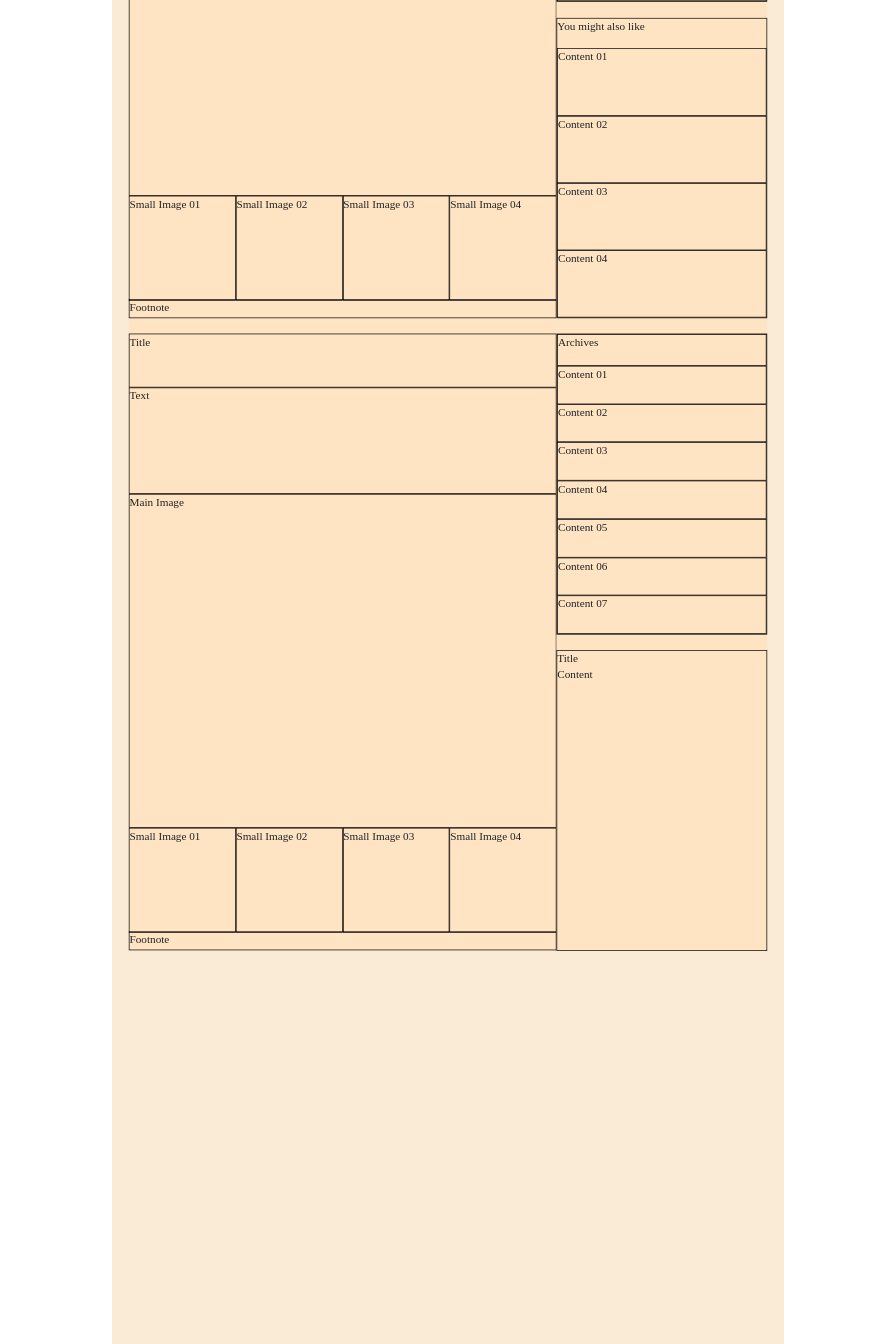
Repository: giovanabirck/cover-magazine-giovanabirck
Page: index.html
An editor plug-in stored every save of this project. The page is shown before and after a run of saves, followed by the edit.
The browser window is 1280 px wide. The pictures show the part of the page from y = 891 to 2811 px (the page is 5000 px tall), at 70% of full size.

Above is the page before, as saved 2023-01-14 12:42:03.

After the next 3 saves:
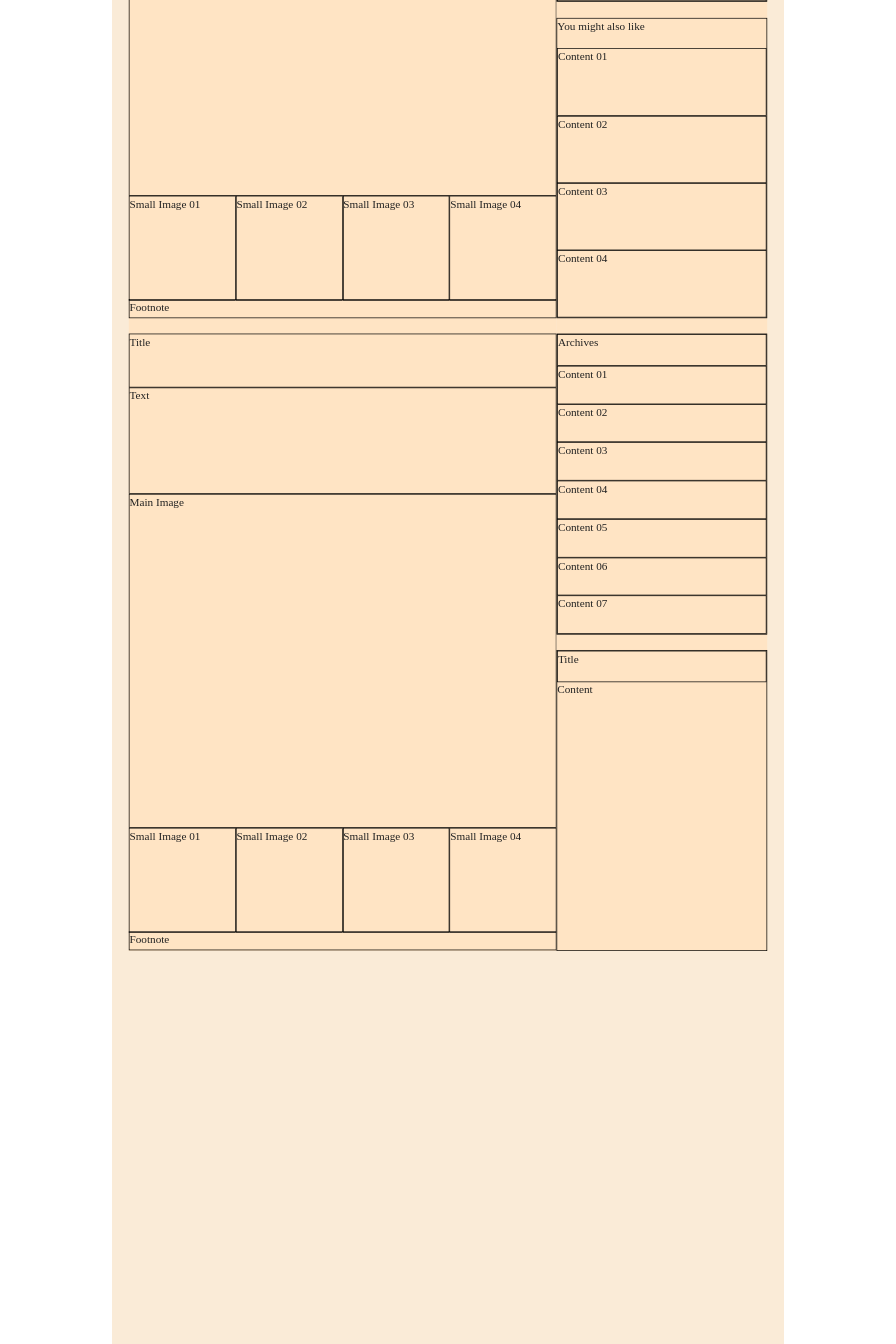
The 3 saves are shown as one change because they came seconds apart.
The last was saved 45 s later.
--- a/css/main.css
+++ b/css/main.css
@@ -498,5 +498,11 @@ textarea {
 }
 
 .main-side-container04-title{
-
-}
+  border: solid 1px black;
+  height: 10%;
+}
+
+.main-side-container04-title{
+  border: solid 1px black;
+  height: 10%;
+}
